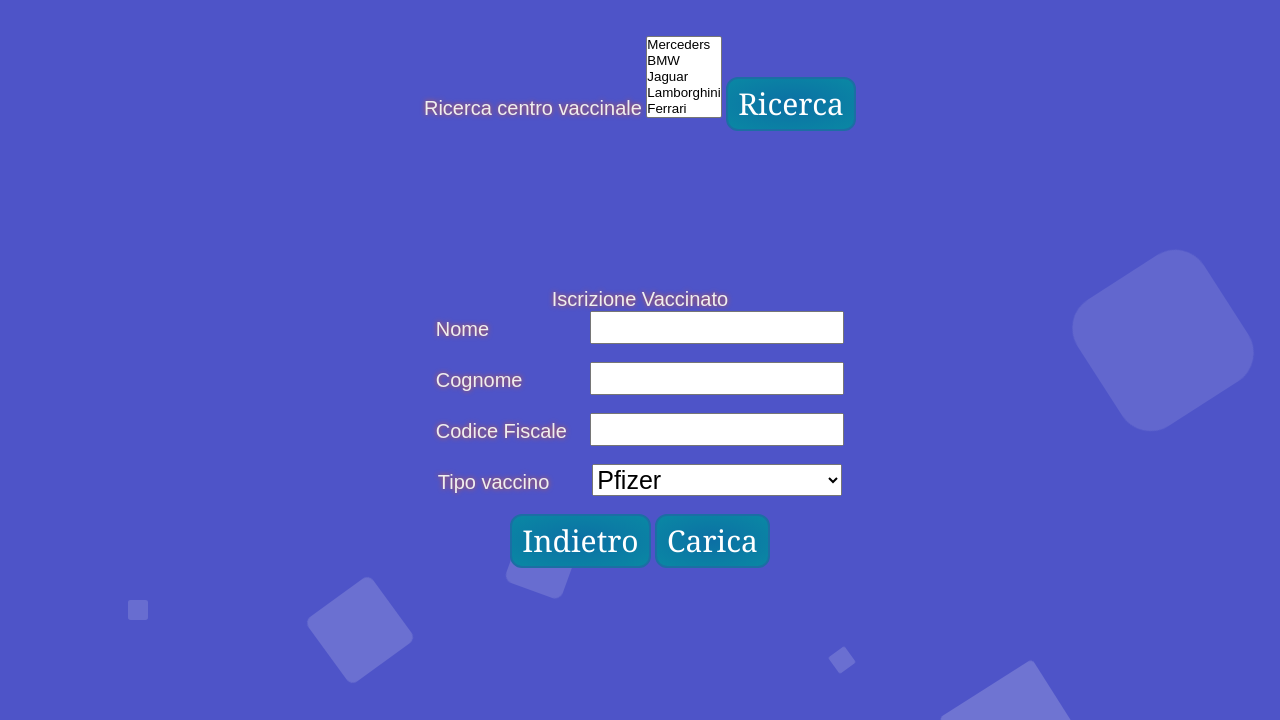
Repository: Jok98/CentriVaccinaliWebApp
Page: http://localhost/CentriVaccinaliOperatori/iscrizionevaccinato.jsp
These files come from the project's save history. The page is drawn as it stood at one moment and after the next save; the edit follows.
The browser window is 1280 px wide. The pictures show the whole page.
Some web fonts or font styles are not loaded; a fallback is used. The page is served by Tomcat 9.

Above is the page before, as saved 2022-09-24 17:48:40.

After the next save:
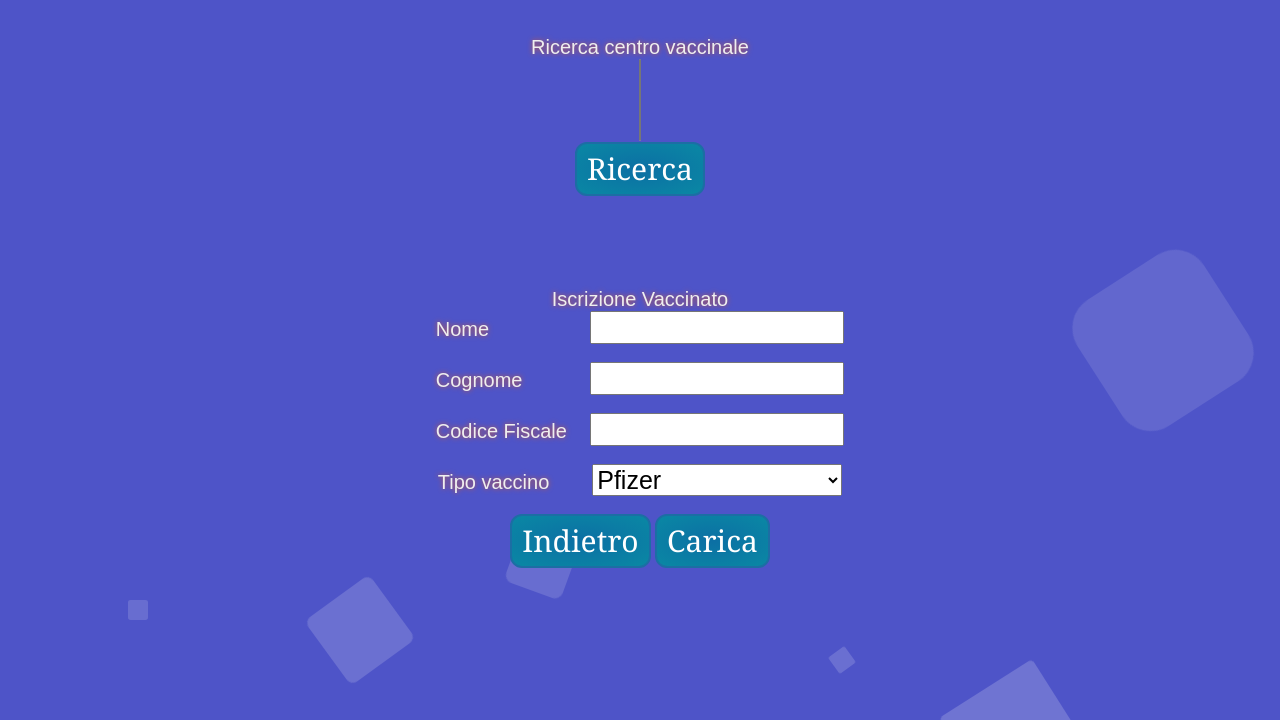
Saved 74 s later.
--- a/CentriVaccinaliOperatori/src/main/webapp/iscrizionevaccinato.jsp
+++ b/CentriVaccinaliOperatori/src/main/webapp/iscrizionevaccinato.jsp
@@ -26,14 +26,11 @@
 		<div class="reserch" align="center" >
 		<form action="" >
 		<a class="text">Ricerca centro vaccinale</a>
-		<select name="Cars" size="5">
-    <option value="Merceders"> Merceders </option>
-    <option value="BMW"> BMW </option>
-    <option value="Jaguar"> Jaguar </option>
-    <option value="Lamborghini"> Lamborghini </option>
-    <option value="Ferrari"> Ferrari </option>
-    <option value="Ford"> Ford </option>
+		<br>
+		<select name="centriVaccinali" size="5">
+
 		</select>
+		<br>
 		<button class="button" type="submit">Ricerca</button>
 	</form>
 	</div>
